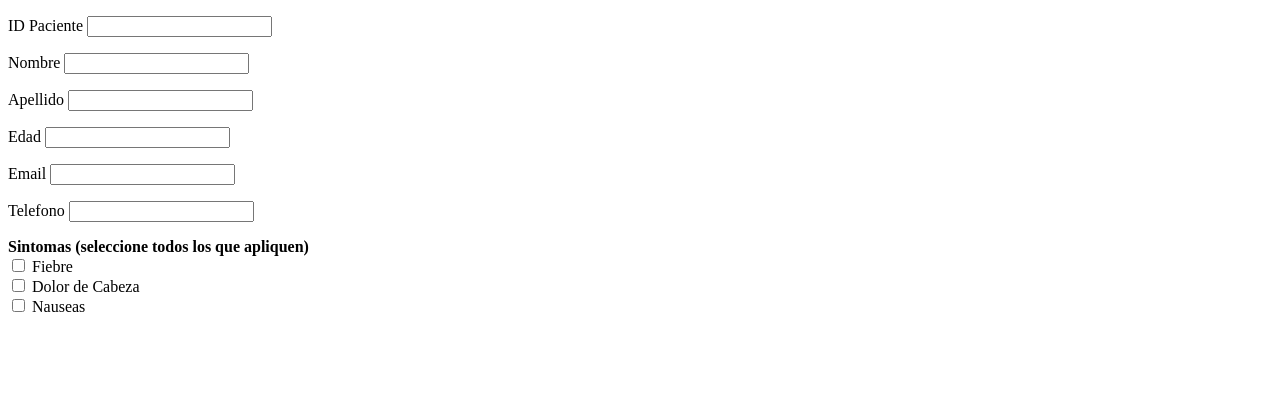
Repository: Divineridh/LPPAChallenges
Page: Trabajos en Clase/ejercicio forms covid/index.html
These files come from the project's save history. The page is drawn as it stood at one moment and after the next save; the edit follows.
The browser window is 1280 px wide. The pictures show the whole page.

Above is the page before, as saved 2022-04-19 21:03:02.

### Trabajos en Clase/ejercicio forms covid/index.html
<!DOCTYPE html>
<html lang="en">
<head>
    <meta charset="UTF-8">
    <meta http-equiv="X-UA-Compatible" content="IE=edge">
    <meta name="viewport" content="width=device-width, initial-scale=1.0">
    <title>Formularios covid</title>
</head>
<body>
    <form>
        <p>
            <label for="idpaciente">ID Paciente</label>
            <input type="text" id="idpaciente" name="idpaciente"><br>
        </p>
        <p>
            <label for="nombre">Nombre</label>
            <input type="text" id="nombre" name="nombre">
        </p>
        <p>
            <label for="apellido">Apellido</label>
            <input type="text" id="apellido" name="apellido"><br>
        </p>
        <p>
            <label for="edad">Edad</label>
            <input type="text" id="edad" name="edad"><br>
        </p>
        <p>
            <label for="email">Email</label>
            <input type="text" id="email" name="email"><br>
        </p>
        <p>
            <label for="telefono">Telefono</label>
            <input type="text" id="telefono" name="telefono"><br>
        </p>
        <p>
            <b>Sintomas (seleccione todos los que apliquen)</b> <br>
            <input type="checkbox" id="fiebre" name="fiebre">
            <label for="fiebre">Fiebre</label> <br>
            <input type="checkbox" id="dolorcabeza" name="dolorcabeza">
            <label for="dolorcabeza">Dolor de Cabeza</label> <br>
            <input type="checkbox" id="nauseas" name="nauseas">
            <label for="nauseas">Nauseas</label>
        </p>
    </form>
</body>
</html>

After the next save:
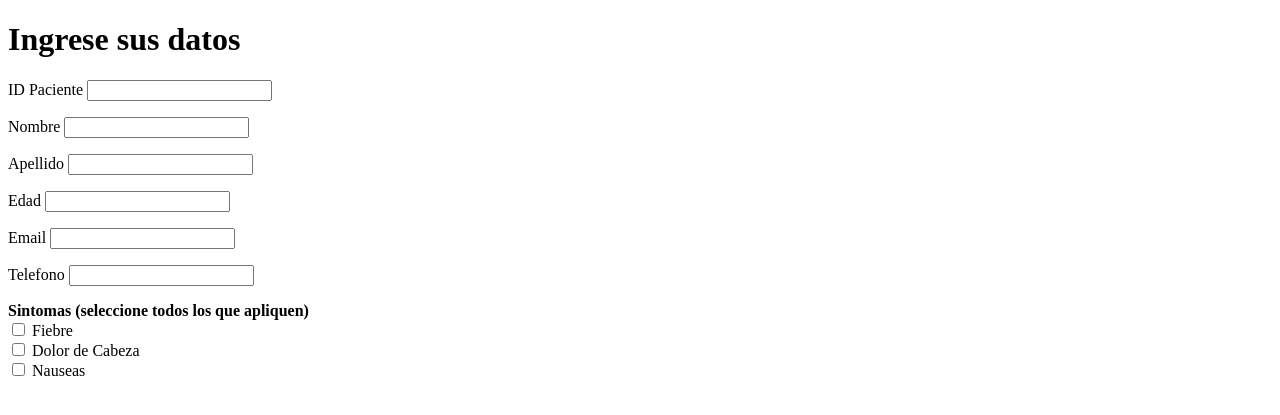
Saved 49 s later.
--- a/Trabajos en Clase/ejercicio forms covid/index.html
+++ b/Trabajos en Clase/ejercicio forms covid/index.html
@@ -7,6 +7,7 @@
     <title>Formularios covid</title>
 </head>
 <body>
+    <h1>Ingrese sus datos</h1>
     <form>
         <p>
             <label for="idpaciente">ID Paciente</label>
